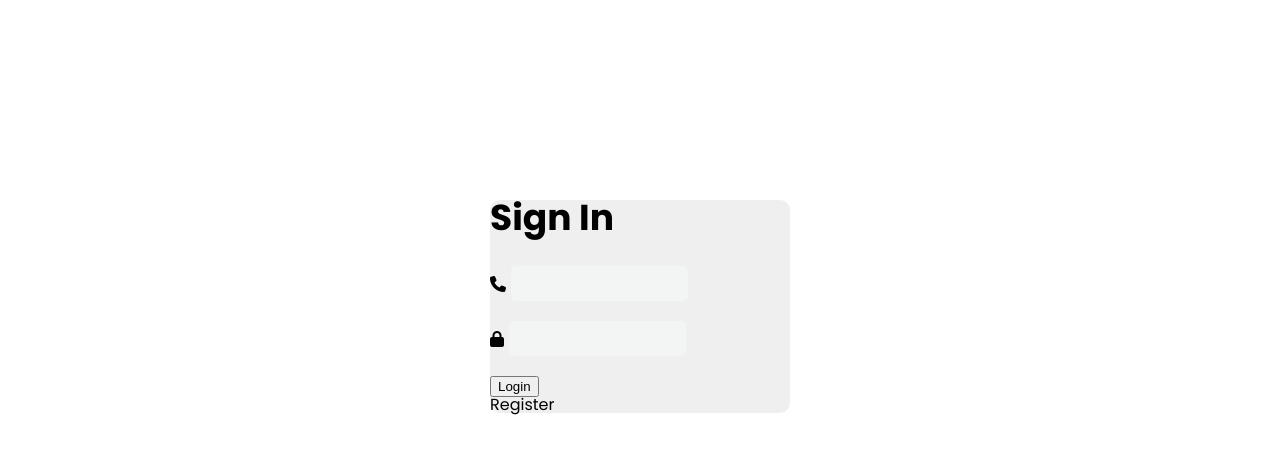
Repository: haphuocsang1801/github-group4
Page: login.html
An editor plug-in stored every save of this project. The page is shown before and after the next save, followed by the edit.
The browser window is 1280 px wide. The pictures show the whole page.
Some web libraries are served in a nearby version. The style sheet was rebuilt from its Sass, Less or Tailwind sources for each picture, by a compiler version that may differ from the author's.

Above is the page before, as saved 2021-09-17 16:26:36.

### login.html
<!DOCTYPE html>
<html lang="en">
  <head>
    <meta charset="UTF-8" />
    <meta http-equiv="X-UA-Compatible" content="IE=edge" />
    <meta name="viewport" content="width=device-width, initial-scale=1.0" />
    <link
      href="https://fonts.googleapis.com/css2?family=Poppins:wght@300;400;700&display=swap"
      rel="stylesheet"
    />
    <script
      src="https://kit.fontawesome.com/85150e2613.js"
      crossorigin="anonymous"
    ></script>
    <link rel="stylesheet" href="./css/reset.css" />
    <link rel="stylesheet" href="./css/style.css" />
    <title>Document</title>
  </head>
  <body>
    <div class="container-login">
      <form action="" method="post">
        <div class="login-title">Sign In</div>
        <div class="login-item">
          <i class="fas fa-phone"></i>
          <input type="text" class="login-input" />
        </div>
        <div class="login-item">
          <i class="fas fa-lock"></i>
          <input type="text" class="login-input" />
        </div>
        <div class="login-submit">
          <input type="submit" class="btn" value="Login" />
        </div>
        <div class="login-register">Register</div>
      </form>
    </div>
  </body>
</html>

### css/reset.css
/* http://meyerweb.com/eric/tools/css/reset/
   v2.0 | 20110126
   License: none (public domain)
*/
/*
<link rel="preconnect" href="https://fonts.googleapis.com">
<link rel="preconnect" href="https://fonts.gstatic.com" crossorigin>
<link href="https://fonts.googleapis.com/css2?family=Poppins:wght@300;400;700&display=swap" rel="stylesheet">
*/
html, body, div, span, applet, object, iframe,
h1, h2, h3, h4, h5, h6, p, blockquote, pre,
a, abbr, acronym, address, big, cite, code,
del, dfn, em, img, ins, kbd, q, s, samp,
small, strike, strong, sub, sup, tt, var,
b, u, i, center,
dl, dt, dd, ol, ul, li,
fieldset, form, label, legend,
table, caption, tbody, tfoot, thead, tr, th, td,
article, aside, canvas, details, embed,
figure, figcaption, footer, header, hgroup,
menu, nav, output, ruby, section, summary,
time, mark, audio, video {
	margin: 0;
	padding: 0;
	border: 0;
	font-size: 100%;
	font: inherit;
	vertical-align: baseline;
}
/* HTML5 display-role reset for older browsers */
article, aside, details, figcaption, figure,
footer, header, hgroup, menu, nav, section {
	display: block;
}
body {
	line-height: 1;
	font-family: 'Poppins', sans-serif;
}
ol, ul {
	list-style: none;
}
blockquote, q {
	quotes: none;
}
blockquote:before, blockquote:after,
q:before, q:after {
	content: '';
	content: none;
}
table {
	border-collapse: collapse;
	border-spacing: 0;
}

### scss/style.scss
@import "variable";
@import "base";
@import "header";
@import "footer";
@import "login";

### scss/_variable.scss
$gray-dark:#272E35;
$primary-color:#E2783C;
$background:#fcf9f6;
$background-input:#f3f4f4;

### scss/_base.scss
.wrapper{
    max-width: 1440px;
    margin: 0 auto;
}
 .container-login{

   width: 300px;
   margin: 0 auto;
   margin-top: 200px;
 }

.button{
    transition: all 0.2s linear;
    display: inline-block;
    font-size: 16px;
    color: $gray-dark;
    padding: 20px 30px;
    border-radius: 10px;
    outline: none;
    cursor: pointer;
    background-color: transparent;
    line-height: normal;
    text-decoration: none;
    &--primary{
      color: white;
      background-color: $primary-color;
    }

}

### scss/_header.scss
.header {
  padding-top: 43px;
  display: flex;
  align-items: center;
  justify-content: space-between;
  &-logo {
    &-image {
      width: 235px;
    }
  }
  &-menu {
    display: flex;
    align-items: center;
    gap: 60px;
    &-product{
        display: flex;
        align-items: center;
        gap: 5px;
    }
    &-child{
        position: absolute;
        top:30px;
        width: 170px;
        display: flex;
        flex-direction: column;
        gap: 35px;
        background-color: $background;
        border-radius: 5px;
        padding: 20px 10px;
        opacity: 0;
        visibility: hidden;
        transition: all 0.25s;
    }
    &-item {
        position: relative;
      a {
        color: $gray-dark;
        text-decoration: none;
        &:hover {
          color: $primary-color;
          transition: color 0.2s ease-in-out;
        }
      }
    }
  }
  &-cart{
      font-size: 35px;
      cursor: pointer;
      :hover{
          color: $primary-color;
      }
  }
  &-search {
    padding: 10px;
    background-color: #f3f4f4;
    border-radius: 8px;
    display: flex;
    margin-right: -20px;
    transition: all 0.25s linear;
    &:hover {
      background-color: white;
      -webkit-box-shadow: 0px 0px 25px 0px rgba(226, 120, 60, 0.8);
      -moz-box-shadow: 0px 0px 25px 0px rgba(226, 120, 60, 0.8);
      box-shadow: 0px 0px 25px 0px rgba(226, 120, 60, 0.8);
    }
    &-icon {
      font-size: 30px;
      cursor: pointer;
    }
    input {
      width: 120px;
      font-size: 15px;
      width: inherit;
      padding: 10px 0;
      border: 0;
      border-radius: #f3f4f4;
      background-color: inherit;
      outline: none;
    }
  }
}
.hover:hover .header-menu-child{
    opacity: 1;
    visibility: visible;

}

### scss/_footer.scss
.footer {
  margin-top: 500px;
  padding: 40px 40px;
  background-color: $background;
  &-main {
    display: grid;
    grid-template-columns: repeat(2, 1fr);
    gap: 50px;
  }
  &-logo {
    display: inline-block;
    margin-bottom: 50px;
  }
  &-desc {
    font-size: 16px;
    margin-bottom: 40px;
    line-height: 1.5;
  }
  .social {
    display: flex;
    align-items: center;
    gap: 0 30px;
  }
  .social-item {
    cursor: pointer;
    color: $gray-dark;
    &:hover {
      color: $primary-color;
    }
  }
  &-heading {
    font-size: 18px;
    color: $gray-dark;
    margin-bottom: 40px;
    font-weight: bold;
  }
  &-links {
    list-style: none;
  }
  &-item {
    margin-bottom: 30px;
  }
  &-link {
    display: inline-block;
    color: $gray-dark;
  }
  &-info {
    list-style: none;
    margin-bottom: 40px;
  }
  &-info li {
    margin-bottom: 15px;
    line-height: 1.6;
  }
  &-highlight {
    color: white;
  }
  &-bottom {
    background-color: $gray-dark;
    line-height: 1.6;
  }
  &-bottom a {
    text-decoration: inherit;
    color: white;
  }
}

### scss/_login.scss
.login {
  &-title {
    font-size: 36px;
    font-weight: bold;
    margin-bottom: 30px;
  }
  &-item {
    display: flex;
    align-items: center;
    gap: 5px;
    margin-bottom: 20px;
  }
  &-input{
    outline: none;
     border: 0;
    padding: 10px 0;
    background-color: $background-input;
    border-radius: 5px;
  }
}
.container-login{
    align-items: center;
    width: 300px;
    height: auto;
    border-radius: 10px;
    background-color: #eeee;
}

After the next save:
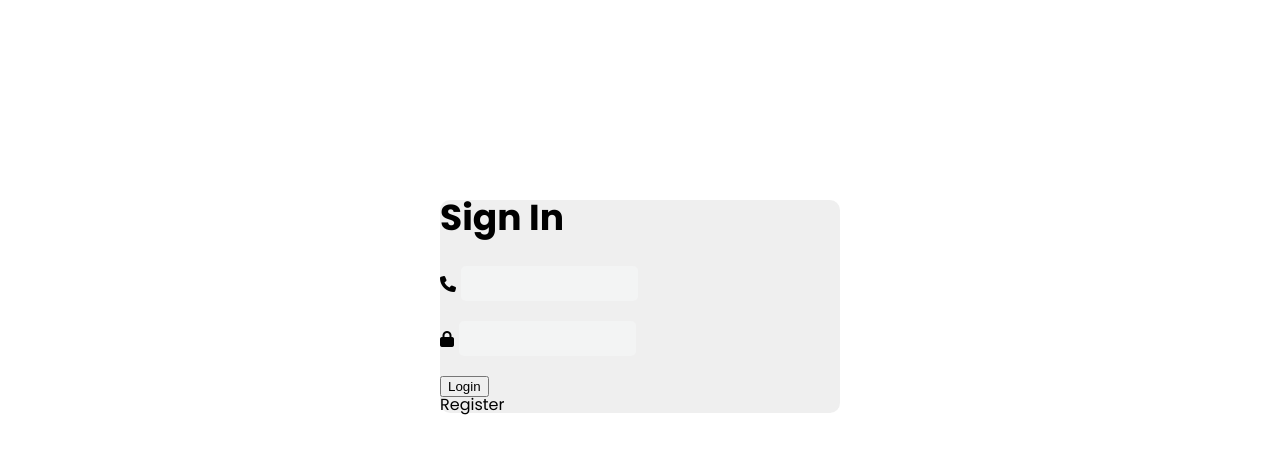
Saved 15 s later.
--- a/scss/_login.scss
+++ b/scss/_login.scss
@@ -20,7 +20,7 @@
 }
 .container-login{
     align-items: center;
-    width: 300px;
+    width: 400px;
     height: auto;
     border-radius: 10px;
     background-color: #eeee;
